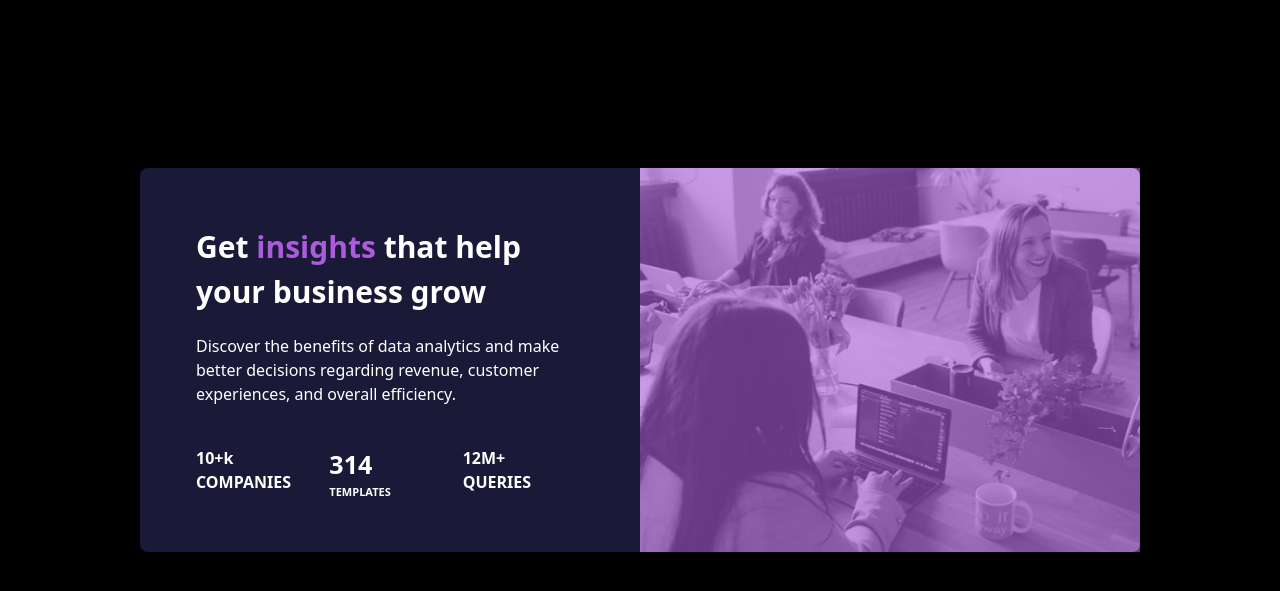
Repository: BerlinWebDev/FrontendMaster_PreviewMentor
Page: /
These files come from the project's save history. The page is drawn as it stood at one moment and after the next save; the edit follows.
The browser window is 1280 px wide. The pictures show the whole page.
The project was rebuilt for these pictures with package versions that can differ from the ones it lists, and the page was loaded fresh each time.

Above is the page before, as saved 2023-11-11 20:03:29.

### src/App.js
import Image from "./assets/image-header-desktop.jpg";

function App() {
  return (
    <>
      <header>
        <title>Challenge</title>
        <meta name="description" content="Challenge" />
        <link rel="icon" href="/favicon.ico" />
      </header>
      <main className="flex min-h-screen flex-col items-center justify-center bg-black">
        <div className="flex h-96 w-[1000px] rounded-lg bg-[#1b1938]">
          <aside className="w-1/2  rounded-l-lg">
            <div className="p-14">
              <div className="text-[30px] text-white font-bold">
                Get <span className="text-[#aa5cdb]">insights</span> that help
                <br />
                your business grow
              </div>
              <div className="mt-5">
                <p className="text-white">
                  Discover the benefits of data analytics and make better
                  decisions regarding revenue, customer experiences, and overall
                  efficiency.
                </p>
              </div>
              <div className="mt-10 grid grid-cols-3 gap-3">
                <div className="text-white font-bold">
                  <div className="">10+k</div>
                  <div className="uppercase">Companies</div>
                </div>
                <div className="text-white font-bold">
                  <div className="text-[25px]">314</div>
                  <div className="uppercase text-[11px]">Templates</div>
                </div>
                <div className="text-white font-bold">
                  <div className="">12M+</div>
                  <div className="uppercase">Queries</div>
                </div>
              </div>
            </div>
          </aside>
          <aside className="w-1/2  rounded-lg relative">
            <div className="absolute inset-0 bg-[#aa5cdb] opacity-60"></div>
            <img
              className=" h-full w-full rounded-r-lg"
              src={Image}
              alt="Header-Desktop"
            />
          </aside>
        </div>
      </main>
    </>
  );
}

export default App;

Loaded but not shown: public/index.html (common file); src/index.js (common file); src/index.css (common file); tailwind.config.js (common file)

After the next save:
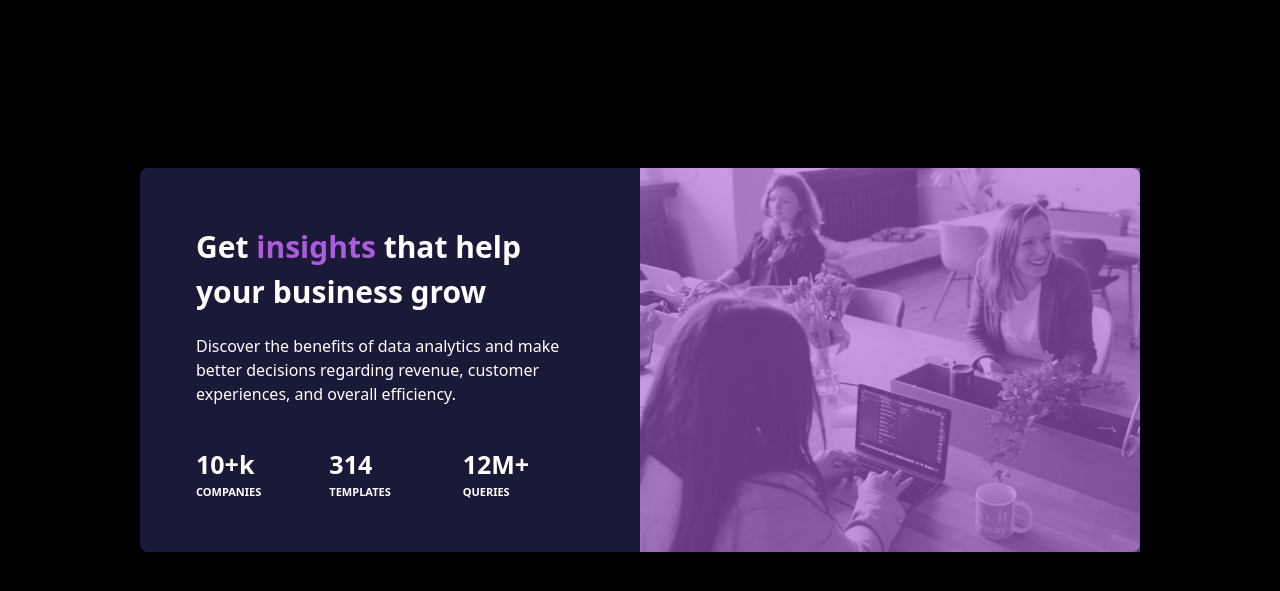
Saved 22 s later.
--- a/src/App.js
+++ b/src/App.js
@@ -26,16 +26,16 @@ function App() {
               </div>
               <div className="mt-10 grid grid-cols-3 gap-3">
                 <div className="text-white font-bold">
-                  <div className="">10+k</div>
-                  <div className="uppercase">Companies</div>
+                  <div className="text-[25px]">10+k</div>
+                  <div className="uppercase text-[11px]">Companies</div>
                 </div>
                 <div className="text-white font-bold">
                   <div className="text-[25px]">314</div>
                   <div className="uppercase text-[11px]">Templates</div>
                 </div>
                 <div className="text-white font-bold">
-                  <div className="">12M+</div>
-                  <div className="uppercase">Queries</div>
+                  <div className="text-[25px]">12M+</div>
+                  <div className="uppercase text-[11px]">Queries</div>
                 </div>
               </div>
             </div>
